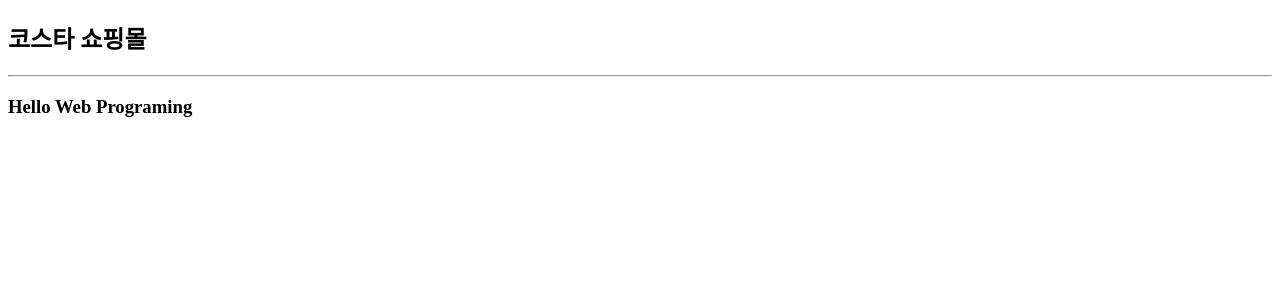
Repository: donggunjang/KOSTA_FE
Page: http://localhost/day0703/hello.jsp
These files come from the project's save history. The page is drawn as it stood at one moment and after the next save; the edit follows.
The browser window is 1280 px wide. The pictures show the whole page.
The page is served by Tomcat 9.

Above is the page before, as saved 2024-07-03 00:50:11.

After the next save:
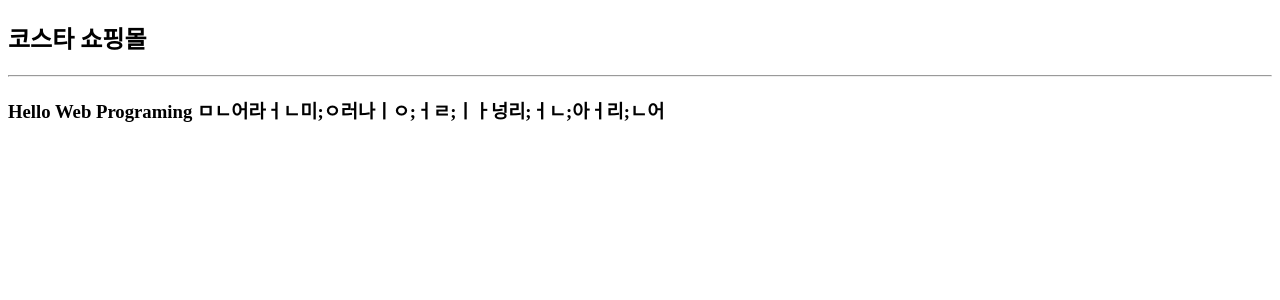
Saved 14 s later.
--- a/day0703/src/main/webapp/hello.jsp
+++ b/day0703/src/main/webapp/hello.jsp
@@ -10,7 +10,7 @@
 <h2>코스타 쇼핑몰</h2>
 <hr>
 <%
-	String msg = "Hello Web Programing";
+	String msg = "Hello Web Programing ㅁㄴ어라ㅓㄴ미;ㅇ러나ㅣㅇ;ㅓㄹ;ㅣㅏ넝리;ㅓㄴ;아ㅓ리;ㄴ어";
 %>
 <h3><%= msg %></h3>
 </body>
